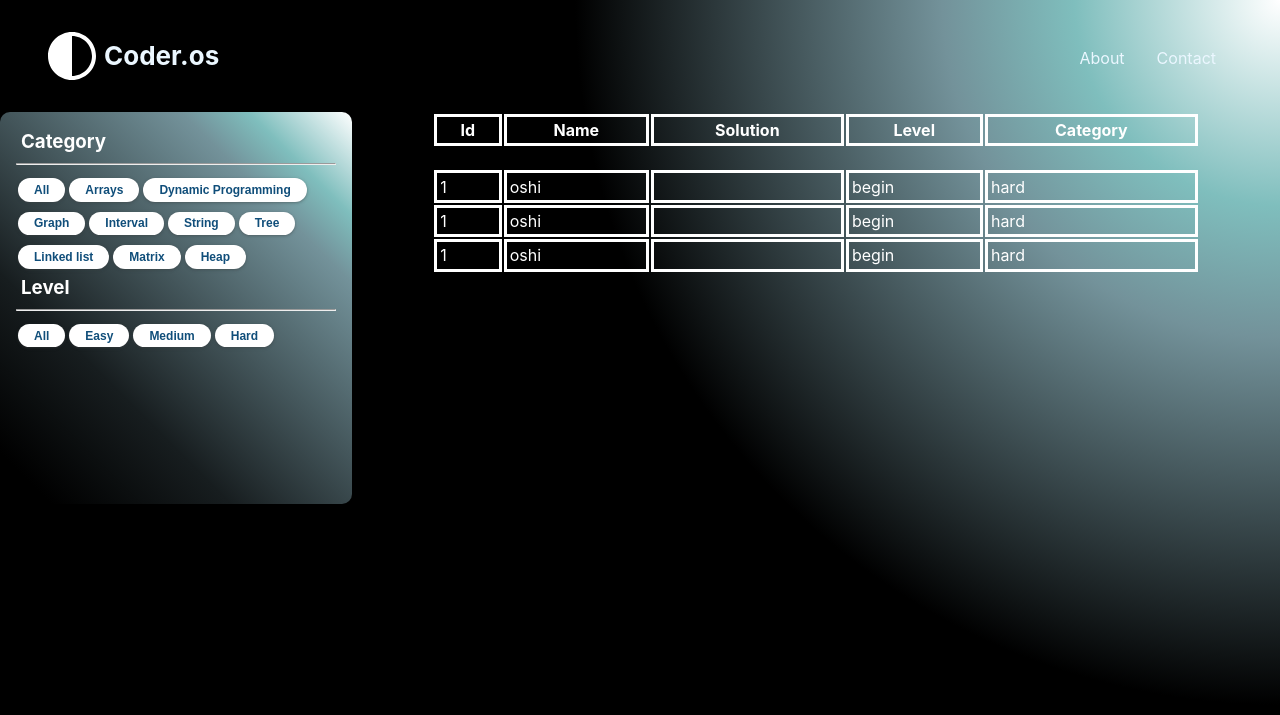
Repository: xoshiraghavx/Coder.os
Page: /mainpage (app in my-app/)
An editor plug-in stored every save of this project. The page is shown before and after the next save, followed by the edit.
The browser window is 1280 px wide. The pictures show the whole page.
The project was rebuilt for these pictures with package versions that can differ from the ones it lists, and the page was loaded fresh each time. Also part of the build but not shown: my-app/src/components/Home/Home.css, my-app/src/components/Home/Home.jsx.

Above is the page before, as saved 2022-12-17 14:02:11.

### my-app/public/index.html
<!DOCTYPE html>
<html lang="en">
  <head>
    <meta charset="utf-8" />
    <link rel="icon" href="%PUBLIC_URL%/assests/logo.png" />
    <meta name="viewport" content="width=device-width, initial-scale=1" />
    <meta name="theme-color" content="#000000" />
    <meta
      name="description"
      content="Web site created using create-react-app"
    />
    <link rel="apple-touch-icon" href="%PUBLIC_URL%/logo192.png" />
    <!--
      manifest.json provides metadata used when your web app is installed on a
      user's mobile device or desktop. See https://developers.google.com/web/fundamentals/web-app-manifest/
    -->
    <link rel="manifest" href="%PUBLIC_URL%/manifest.json" />
    <!--
      Notice the use of %PUBLIC_URL% in the tags above.
      It will be replaced with the URL of the `public` folder during the build.
      Only files inside the `public` folder can be referenced from the HTML.

      Unlike "/favicon.ico" or "favicon.ico", "%PUBLIC_URL%/favicon.ico" will
      work correctly both with client-side routing and a non-root public URL.
      Learn how to configure a non-root public URL by running `npm run build`.
    -->
    <title>Coder.os</title>
  </head>
  <body>
    <noscript>You need to enable JavaScript to run this app.</noscript>
    <div id="root"></div>
    <!--
      This HTML file is a template.
      If you open it directly in the browser, you will see an empty page.

      You can add webfonts, meta tags, or analytics to this file.
      The build step will place the bundled scripts into the <body> tag.

      To begin the development, run `npm start` or `yarn start`.
      To create a production bundle, use `npm run build` or `yarn build`.
    -->
  </body>
</html>

### my-app/src/index.js
import React from 'react';
import ReactDOM from 'react-dom/client';
import './index.css';
import App from './App';
import {BrowserRouter as Router} from "react-router-dom";


const root = ReactDOM.createRoot(document.getElementById('root'));
root.render(
  <Router>
  <App />
  </Router>

);

// If you want to start measuring performance in your app, pass a function
// to log results (for example: reportWebVitals(console.log))
// or send to an analytics endpoint. Learn more: https://bit.ly/CRA-vitals

### my-app/src/index.css
body {
  height: 100%;
  padding: 0;
  margin: 0;
  font-family: -apple-system, BlinkMacSystemFont, 'Segoe UI', 'Roboto', 'Oxygen',
    'Ubuntu', 'Cantarell', 'Fira Sans', 'Droid Sans', 'Helvetica Neue',
    sans-serif;
  -webkit-font-smoothing: antialiased;
  -moz-osx-font-smoothing: grayscale;
background: rgb(255,255,255);
background: radial-gradient(circle at top right, rgba(255,255,255,1) 0%, rgba(127,190,189,1) 14%, rgba(115,146,154,1) 23%, rgba(0,0,0,1) 48%);
background-repeat: no-repeat;
height: 100%;
background-attachment: fixed;
/* color: #fff; */
}

code {
  font-family: source-code-pro, Menlo, Monaco, Consolas, 'Courier New',
    monospace;
}

/*
===============
Variables
===============
*/

:root {
  /* dark shades of primary color*/
  --clr-primary-1: hsl(205, 86%, 17%);
  --clr-primary-2: hsl(205, 77%, 27%);
  --clr-primary-3: hsl(205, 72%, 37%);
  --clr-primary-4: hsl(205, 63%, 48%);
  /* primary/main color */
  --clr-primary-5: hsl(205, 78%, 60%);
  /* lighter shades of primary color */
  --clr-primary-6: hsl(205, 89%, 70%);
  --clr-primary-7: hsl(205, 90%, 76%);
  --clr-primary-8: hsl(205, 86%, 81%);
  --clr-primary-9: hsl(205, 90%, 88%);
  --clr-primary-10: hsl(205, 100%, 96%);
  /* darkest grey - used for headings */
  --clr-grey-1: hsl(209, 61%, 16%);
  --clr-grey-2: hsl(211, 39%, 23%);
  --clr-grey-3: hsl(209, 34%, 30%);
  --clr-grey-4: hsl(209, 28%, 39%);
  /* grey used for paragraphs */
  --clr-grey-5: hsl(210, 22%, 49%);
  --clr-grey-6: hsl(209, 23%, 60%);
  --clr-grey-7: hsl(211, 27%, 70%);
  --clr-grey-8: hsl(210, 31%, 80%);
  --clr-grey-9: hsl(212, 33%, 89%);
  --clr-grey-10: hsl(210, 36%, 96%);
  --clr-white: #fff;
  --clr-red-dark: hsl(360, 67%, 44%);
  --clr-red-light: hsl(360, 71%, 66%);
  --clr-green-dark: hsl(125, 67%, 44%);
  --clr-green-light: hsl(125, 71%, 66%);
  --clr-black: #222;
  --ff-primary: "Roboto", sans-serif;
  --ff-secondary: "Open Sans", sans-serif;
  --transition: all 0.3s linear;
  --spacing: 0.1rem;
  --radius: 0.25rem;
  --light-shadow: 0 5px 15px rgba(0, 0, 0, 0.1);
  --dark-shadow: 0 5px 15px rgba(0, 0, 0, 0.2);
  --max-width: 1170px;
  --fixed-width: 620px;
}
h1{
  color: var(--clr-primary-10);
}

### my-app/src/App.jsx
import React from "react";
import Home from "./components/Home/Home";
import MainPage from "./components/MainPage/MainPage";
import {Routes, Route} from "react-router-dom";

function App() {
  return (

     <Routes>
        <Route path="/" element={<Home />} />
          <Route path="/mainpage" element={<MainPage />} />
      </Routes>
  );
}

export default App;

### my-app/src/components/MainPage/MainPage.jsx
import "./MainPage.css";
import FilterSection from "./FilterSection";
import QuestionBank from "./QuestionBank";
import NavBar from "../NavBar/Navbar";

function MainPage() {
  return (
    <div>
      <NavBar />
      <div className="main-section">
        <FilterSection />
        <QuestionBank />
      </div>
    </div>
  );
}

export default MainPage;

### my-app/src/components/NavBar/Navbar.jsx
import "./NavBar.css";

function NavBar() {
  return (
    <div className="navbar">
      <div className="navbar-wrapper">
        <div className="navbar-logo">
          <img src="assests/code-simple.svg" alt="" />
          <div className="nav-bar-logo__name">Coder.os</div>
        </div>
        <div className="navbar-list">
          <ul>
            <li>
              <a>About</a>
            </li>
            <li>
              <a>Contact</a>
            </li>
          </ul>
        </div>
      </div>
    </div>
  );
}

export default NavBar;

### my-app/src/components/MainPage/MainPage.css

.main-section {
  display: flex;
  flex-direction: row;
}
@media only screen and (max-width: 1100px){
  .main-section{
      display: flex;
     flex-direction: column;
  }
}

### my-app/src/components/MainPage/FilterSection.jsx
import React from "react";
import "./FilterSection.css";

function FilterSection() {
  const Button = [
    {
      Name: "All",
    },
    {
      Name: "Arrays",
    },
    {
      Name: "Dynamic Programming",
    },
    {
      Name: "Graph",
    },
    {
      Name: "Interval",
    },
    {
      Name: "String",
    },
    {
      Name: "Tree",
    },
    {
      Name: "Linked list",
    },
    {
      Name: "Matrix",
    },
    {
      Name: "Heap",
    },
  ];
  const Level = [
    {
      Name: 'All',
    },
    {
      Name: 'Easy',
    },
    {
      Name: 'Medium',
    },
    {
      Name: 'Hard',
    }
  ]
  return (
    <div>
      <div className="filter-section">
        <div className="category">
          <div className="category-heading">
            <h3 className="title">Category</h3>
            <hr />
          </div>
          <div className="category-buttons">
          {Button.map((button) => (
            <button className="buttons">{button.Name}</button>
          ))}
          </div>
        </div>

        <div className="level">
          <div className="level-heading">
            <h3 className="title">Level</h3>
            <hr />
          </div>
        </div>
        <div className="level-buttons">
          {
            Level.map((level)=>(
              <button className="buttons">{level.Name}</button>
            ))
          }

        </div>
      </div>
    </div>
  );
}

export default FilterSection;

### my-app/src/components/MainPage/QuestionBank.jsx
import React from "react";
import "./QuestionBank.css";
import Questions from "../../assests/updated.json";

function QuestionBank() {
  const Questions = [
    {
      Id: "1",
      Name: "oshi",
      Level: "begin",
      Solution: "",
      Category: "hard",
    },
    {
      Id: "1",
      Name: "oshi",
      Level: "begin",
      Solution: "",
      Category: "hard",
    },
    {
      Id: "1",
      Name: "oshi",
      Level: "begin",
      Solution: "",
      Category: "hard",
    },
  ];
  return (
    <div>
      <div className="ques-section">
        <table>
          <tr>
            <th>Id</th>
            <th>Name</th>
            <th>Solution</th>
            <th>Level</th>
            <th>Category</th>
          </tr>
          <br />
          {Questions.map((question) => (
            <>
              <tr>
                <td>{question.Id}</td>
                <td>{question.Name}</td>
                <td>{question.Solution}</td>
                <td>{question.Level}</td>
                <td>{question.Category}</td>
              </tr>
            </>
          ))}
        </table>
      </div>
    </div>
  );
}

export default QuestionBank;
// {
/* <div className="ques-bar">
  <p>#</p>
  <p>Name</p>
  <p>Level</p>
  <p>Category</p>
  <p>Solution</p>
</div>
<div className="ques-bank">
<div className="ques">

</div>
<hr />
</div> */
// }

//  {Questions.map((question) => (
//   <>

//   </>
// ))}

### my-app/src/components/NavBar/NavBar.css
.navbar-wrapper{
    height: auto;
    display: flex;
    flex-direction: row;
    padding: 2rem 3rem;
}
.navbar-logo img{
    height: 3rem;
}
.navbar-logo{
    display: flex;
    flex-direction: row;
    color: var(--clr-primary-10);
}
.nav-bar-logo__name{
    margin: 0.5rem;
    font-weight: bold;
    font-size: 26px;
}
.navbar-list ul{
    list-style-type: none;
    display: flex;
    flex-direction: row;
    margin: 0;
    padding: 0rem 3rem;
}
.navbar-list li a{
    padding: 0.5rem ;
    margin: 0.5rem;
    color: var(--clr-primary-10);
}
.navbar-list{
    position: absolute;
    right: 0;
    margin-top: 1rem;
}
.navbar-list li :hover{
    color: var(--clr-primary-1);
    cursor: pointer;
    font-size: large;
}
@media only screen and (max-width: 600px){
    .navbar-list ul{
        padding: 0rem;
    }
    .navbar-logo img{
        height: 2.5rem;
    }
   .nav-bar-logo__name{
        font-size: 20px;
    }
}

### my-app/src/components/MainPage/FilterSection.css
.filter-section {
  background: rgb(255, 255, 255);
  background: linear-gradient(
    225deg,
    rgba(255, 255, 255, 1) 0%,
    rgba(173, 213, 213, 1) 9%,
    rgba(136, 195, 194, 1) 13%,
    rgba(127, 190, 189, 1) 14%,
    rgba(115, 146, 154, 1) 23%,
    rgba(23, 29, 31, 1) 69%,
    rgba(0, 0, 0, 1) 93%
  );
  width: 20rem;
  height: 50vh;
  border-radius: 10px;
  border-color: white;
  padding: 1rem;
}
.buttons {
  background-color: white;
  padding: 0.3rem 1rem;
  border-radius: 100px;
  font-size: 12px;
  color: var(--clr-primary-2);
  font-weight: bold;
  margin: 5px 2px;
  box-shadow: rgba(60, 64, 67, 0.3) 0px 1px 2px 0px,
    rgba(60, 64, 67, 0.15) 0px 1px 3px 1px;
  border: none;
}
h3 {
  color: #ffffff;
}
.title {
  margin: auto;
  padding: 2px 5px;
}
.buttons:hover {
  cursor: pointer;
}
@media only screen and (max-width: 1100px){
  .filter-section{
    width: 80%;
    height: 20vh;
  }
}

### my-app/src/components/MainPage/QuestionBank.css
.ques-section{
    position: absolute;
    right: 0;
    margin-right: 5rem;
    width: 60%;
}
th, td {
    border:solid white;
    color: #ffffff;
    padding: 0.2rem;
}
table{
    width: 100%;
}
.ques-bar{
   display: flex;
  flex-direction: row;
  font-weight: bold;
  justify-content: space-between;
  background: #ffffff;
  padding: 1rem;
  border-radius: 20px;
}
.ques-bank{
    margin-top: 1rem;
    background: #ffffff;
    padding: 1rem;
    font-weight: bold;
    border-radius: 20px;
}
.ques{
    display: flex;
    flex-direction: row;
    justify-content: space-between;
}
@media only screen and (max-width: 1100px){
    .ques-section{
        position: absolute;
        left: 0;
        top: 23rem;
        width: 80%;
        margin-left: 2rem;
    }
}

Loaded but not shown: my-app/src/assests/updated.json (677 lines, source omitted)

After the next save:
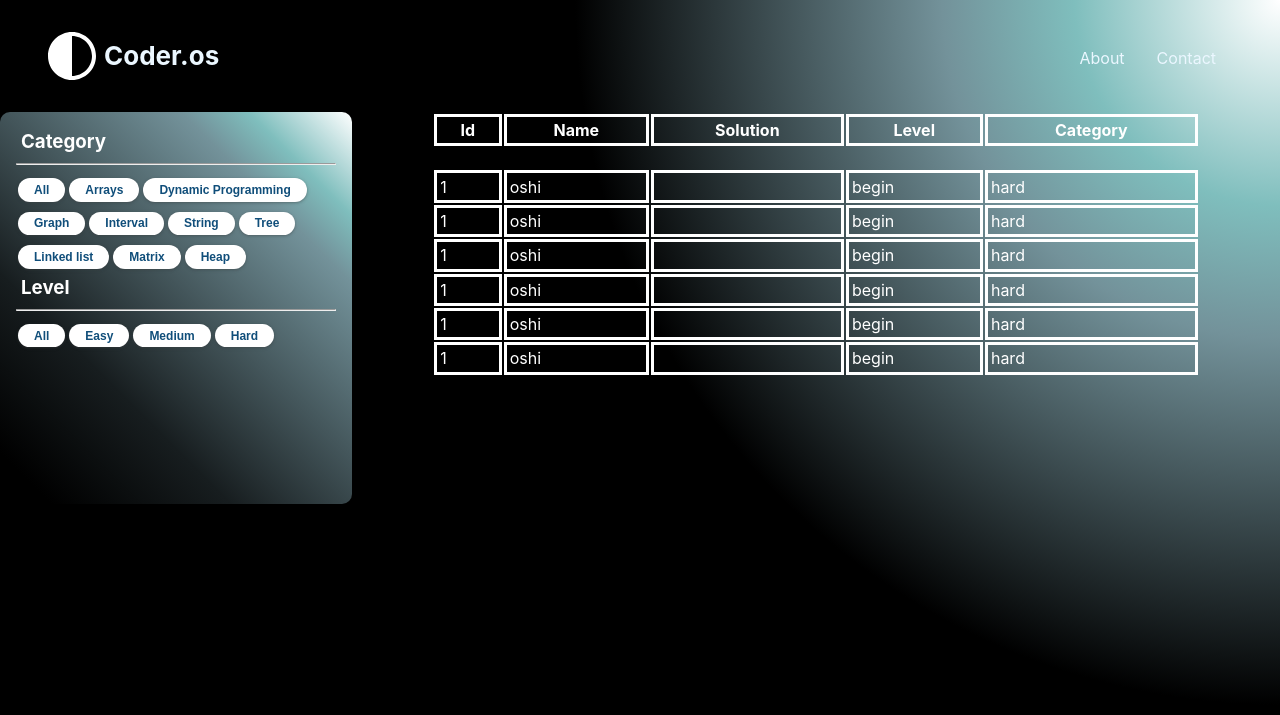
Saved 22 s later.
--- a/my-app/src/components/MainPage/QuestionBank.jsx
+++ b/my-app/src/components/MainPage/QuestionBank.jsx
@@ -4,6 +4,27 @@ import Questions from "../../assests/updated.json";
 
 function QuestionBank() {
   const Questions = [
+    {
+      Id: "1",
+      Name: "oshi",
+      Level: "begin",
+      Solution: "",
+      Category: "hard",
+    },
+    {
+      Id: "1",
+      Name: "oshi",
+      Level: "begin",
+      Solution: "",
+      Category: "hard",
+    },
+    {
+      Id: "1",
+      Name: "oshi",
+      Level: "begin",
+      Solution: "",
+      Category: "hard",
+    },
     {
       Id: "1",
       Name: "oshi",

After the save that followed:
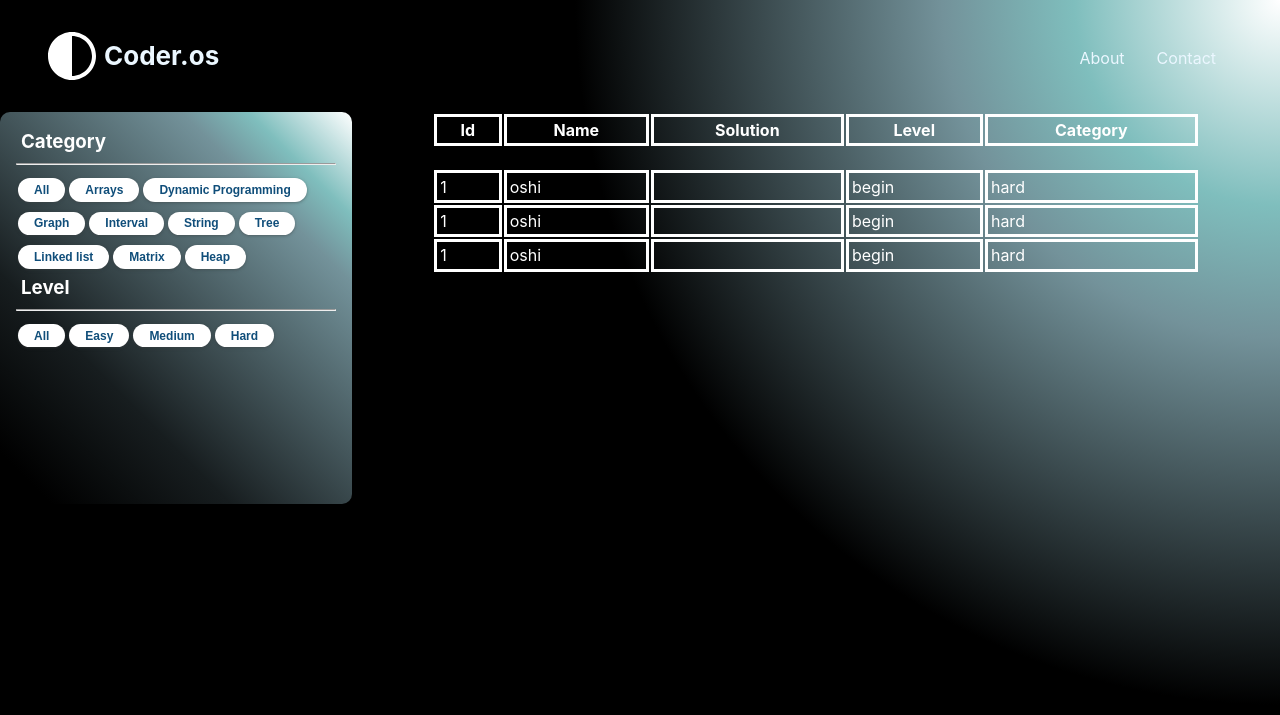
Saved 7 s later.
--- a/my-app/src/components/MainPage/QuestionBank.jsx
+++ b/my-app/src/components/MainPage/QuestionBank.jsx
@@ -4,27 +4,6 @@ import Questions from "../../assests/updated.json";
 
 function QuestionBank() {
   const Questions = [
-    {
-      Id: "1",
-      Name: "oshi",
-      Level: "begin",
-      Solution: "",
-      Category: "hard",
-    },
-    {
-      Id: "1",
-      Name: "oshi",
-      Level: "begin",
-      Solution: "",
-      Category: "hard",
-    },
-    {
-      Id: "1",
-      Name: "oshi",
-      Level: "begin",
-      Solution: "",
-      Category: "hard",
-    },
     {
       Id: "1",
       Name: "oshi",
